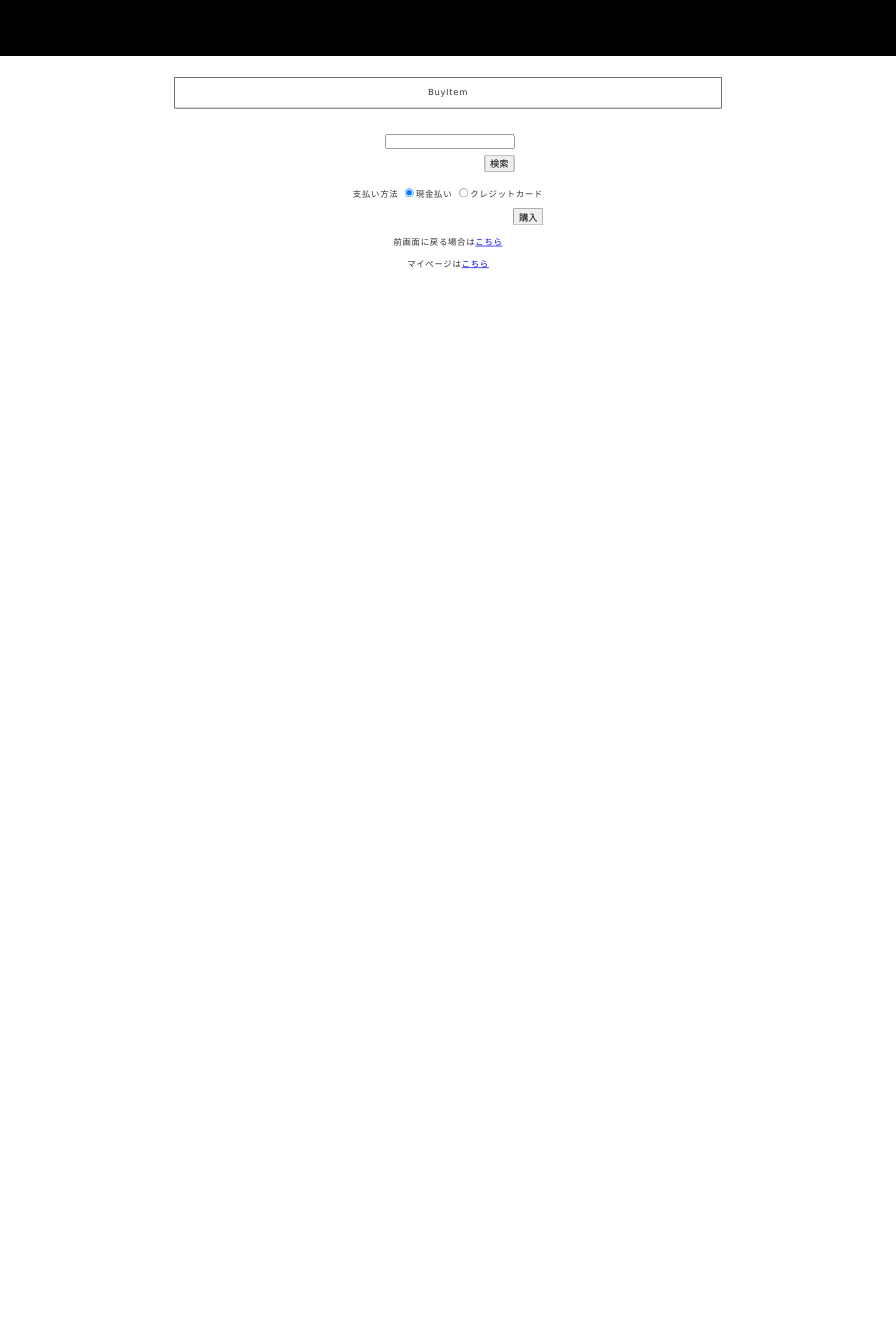
Repository: kanav0208/test
Page: http://localhost/ecsite/buyItem.jsp
These files come from the project's save history. The page is drawn as it stood at one moment and after the next save; the edit follows.
The browser window is 1280 px wide. The pictures show the part of the page from y = 0 to 1920 px (the page is 2490 px tall before and 2970 px after), at 70% of full size.
The page is served by Tomcat 9. Other server files are loaded and not shown.

Above is the page before, as saved 2018-02-27 05:11:24.

### ecsite/WebContent/buyItem.jsp
<%@ page language="java" contentType="text/html; charset=UTF-8"
	pageEncoding="UTF-8"%>
<%@ taglib prefix="s" uri="/struts-tags"%>

<!DOCTYPE html>
<html>
<head>
	<meta charset="utf-8">
	<meta http-equiv="Content-Type" content="text/html; charset=utf-8" />
	<meta http-equiv="Content-Style-Type" content="text/css" />
	<meta http-equiv="Content-Script-Type" content="text/javascript" />
	<meta http-equiv="imagetoolbar" content="no" />
	<meta name="description" content="" />
	<meta name="keywords" content="" />
	<meta charset="utf-8">
	<title>BuyItem画面</title>
	<style type="text/css">
	/* ========TAG LAYOUT======== */
		body {
		   margin:0;
		   padding:0;
		   line-height:1.6;
		   letter-spacing:1px;
		   font-family:Verdana, Helvetica, sans-serif;
		   font-size:12px;
		   color:#333;
		   background:#fff;
		}


		table {
			text-align:center;
			margin:0 auto;
		}

	/* ========ID LAYOUT======== */
		#top {
		   width:780px;
		   margin:30px auto;
		   border:1px solid #333;
		}

		#header {
		   width: 100%;
		   height: 80px;
		   background-color: black;
		}



		#main {
		   width: 100%;
		   height: 2300px;
		   text-align: center;
		}

		#footer {
			width: 100%;
			height: 80px;
			background-color: black;
			clear:both;
		}
	</style>
</head>
<body>
	<div id="header">
	 	<div id="pr">
		</div>
	</div>
	<div id="main">
		<div id="top">
			<p>BuyItem</p>
		</div>
		<div>
		<s:form action="ItemSearchAction">

			<tr>
				<td>
					<s:textfield name="searchWord" value=""/>
				</td>
				<td>
					<s:submit value="検索"/>
				</td>
			</tr>

		</s:form>

		<s:if test="message != ''">
			<h3><s:property value="message" escape="false"/></h3>
		</s:if>

		<s:form action="BuyItemAction">
			<table>
				<s:iterator value="buyItemDTOList">

				<tr>
					<td>
						<h3><s:property value="itemName"/></h3>
					</td>
				</tr>



				<tr>
					<td>
						<span>値段</span>
					</td>
					<td>
						<s:property value="itemPrice" /><span>円</span>
					</td>
				</tr>
				<tr>
					<td>
						<span>在庫</span>
					</td>
					<td>
					<s:if test="item_stock>0">
						<s:property value="item_stock"/>
					</s:if>
					<s:else>
						<span>品切れ</span>
					</s:else>
					</td>
				</tr>

				<tr>
					<td>
						<span>購入個数</span>
					</td>
					<td>
					<s:if test="item_stock>0">
						<select name="count">
							<option value="0" selected="selected">0</option>
							<option value="1">1</option>
							<option value="2">2</option>
							<option value="3">3</option>
							<option value="4">4</option>
							<option value="5">5</option>
						</select>
					</s:if>
					<s:else>
						<select name="count">
							<option value="0" selected="selected">0</option>
						</select>
					</s:else>
					</td>
				</tr>
				<tr>
					<td>
						<br>
					</td>
				</tr>
				</s:iterator>
				<tr>

					<td>
						<span>支払い方法</span>
					</td>
					<td>
						<input type="radio" name="pay" value="1" checked="checked">現金払い
						<input type="radio" name="pay" value="2">クレジットカード
					</td>
				</tr>

				<tr>
					<td>
						<s:submit value="購入"/>
					</td>
				</tr>

			</table>
		</s:form>

			<div>
				<p>前画面に戻る場合は<a href='<s:url action="GoHomeAction" />'>こちら</a></p>
				<p>マイぺージは<a href='<s:url action="MyPageAction" />'>こちら</a></p>
			</div>
		</div>
	</div>
	<div id="footer">
	 	<div id="pr">
		</div>
	</div>
</body>
</html>

After the next save:
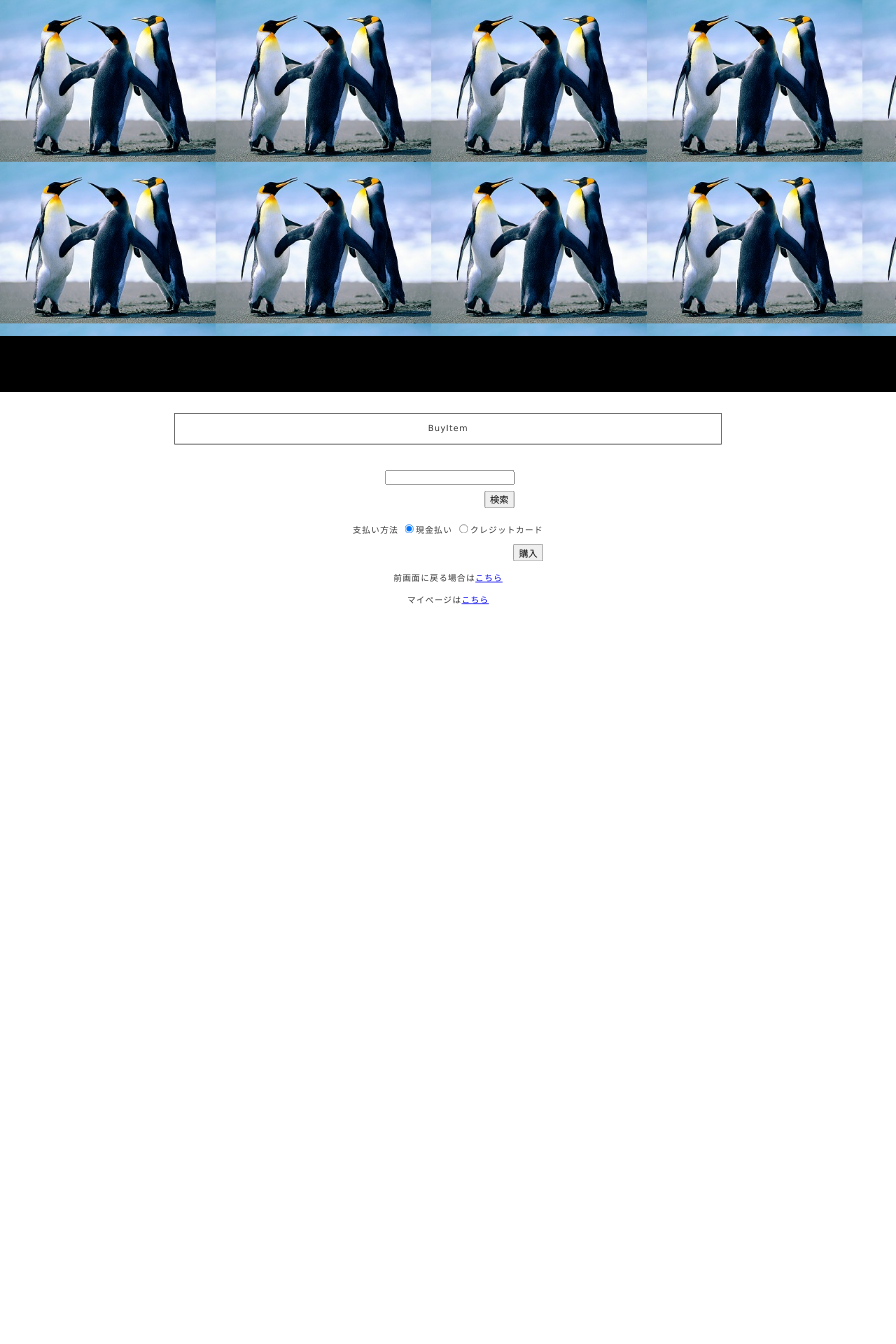
Saved 22 min 59 s later.
--- a/ecsite/WebContent/buyItem.jsp
+++ b/ecsite/WebContent/buyItem.jsp
@@ -26,6 +26,7 @@
 		   color:#333;
 		   background:#fff;
 		}
+
 
 
 		table {
@@ -60,9 +61,17 @@
 			background-color: black;
 			clear:both;
 		}
+
+		.main_img {
+    width: 100%;
+    height: 480px;
+    background: url('./image/Penguins.jpg');
+}
+
 	</style>
 </head>
 <body>
+	<div class="main_img"></div>
 	<div id="header">
 	 	<div id="pr">
 		</div>
